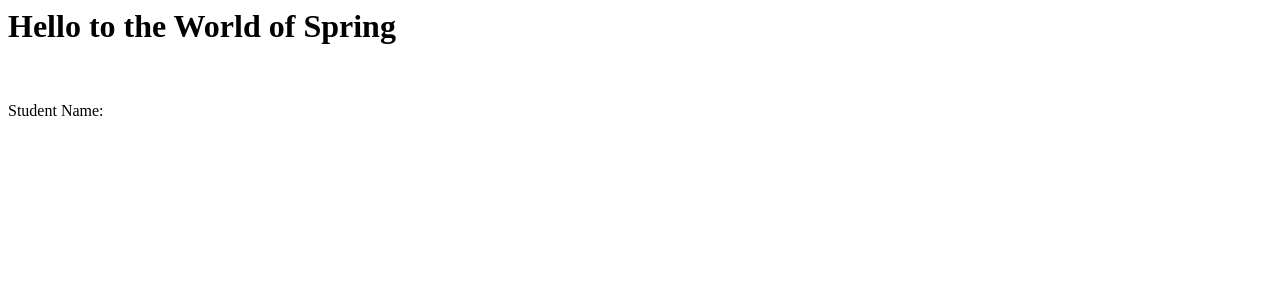
Repository: chirag8460/EclipseWorkspace
Page: http://localhost/spring-mvc-demo/processForm
An editor plug-in stored every save of this project. The page is shown before and after the next save, followed by the edit.
The browser window is 1280 px wide. The pictures show the whole page.
The page is served by Tomcat 9.

Above is the page before, as saved 2021-05-06 11:29:25.

After the next save:
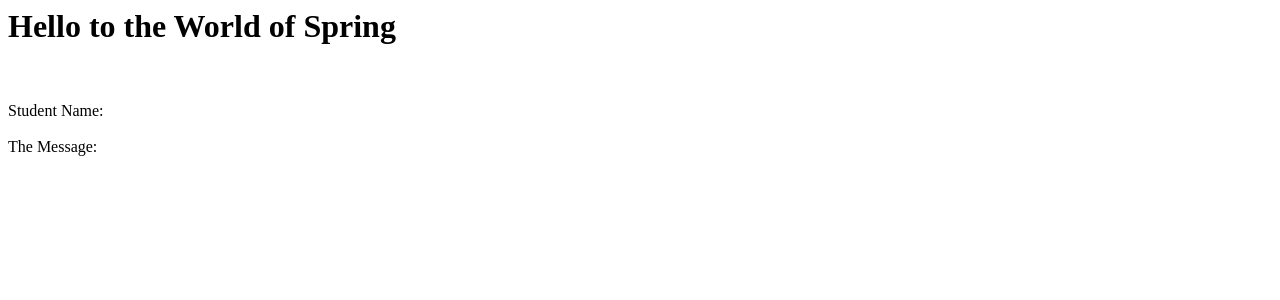
Saved 71 s later.
--- a/spring-mvc-demo/src/main/webapp/WEB-INF/view/helloWorld.jsp
+++ b/spring-mvc-demo/src/main/webapp/WEB-INF/view/helloWorld.jsp
@@ -6,5 +6,7 @@
 	<h1>Hello to the World of Spring</h1>
 	<br><br>
 	Student Name: ${param.studentName}
+	<br><br>
+	The Message: ${message}
 </body>
 </html>
